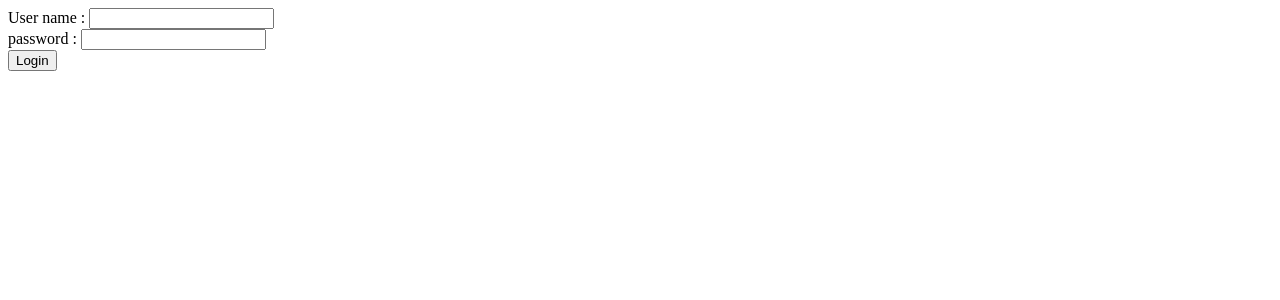
Repository: Deepali-Gobare/Advance_Java_Practice
Page: MyTestServlate/src/main/webapp/login.html
An editor plug-in stored every save of this project. The page is shown before and after the next save, followed by the edit.
The browser window is 1280 px wide. The pictures show the whole page.

Above is the page before, as saved 2024-11-20 12:42:59.

### MyTestServlate/src/main/webapp/login.html
<!DOCTYPE html>
<html>
<head>
<meta charset="ISO-8859-1">
<title>Insert title here</title>
</head>
<body>
  <form action="validatedata" method="post">
     User name : <input type="text" name="uname" id="unm"><br>
     password : <input type="password" name="passwd" id="pwd"><br>
     <button type="submit" name="btn" id="btn" value="login">Login </button>

  </form>

</body>
</html>

After the next save:
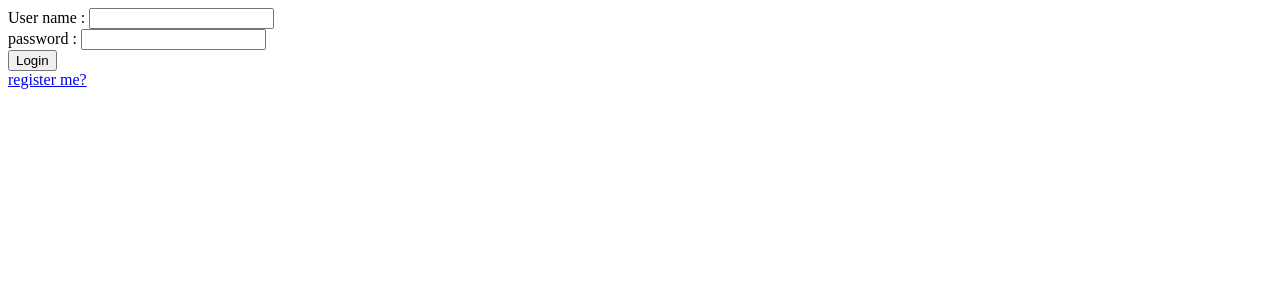
Saved 52 s later.
--- a/MyTestServlate/src/main/webapp/login.html
+++ b/MyTestServlate/src/main/webapp/login.html
@@ -11,6 +11,6 @@
      <button type="submit" name="btn" id="btn" value="login">Login </button>
 
   </form>
-
+    <a href="registrationform.html">register me?</a>
 </body>
 </html>
